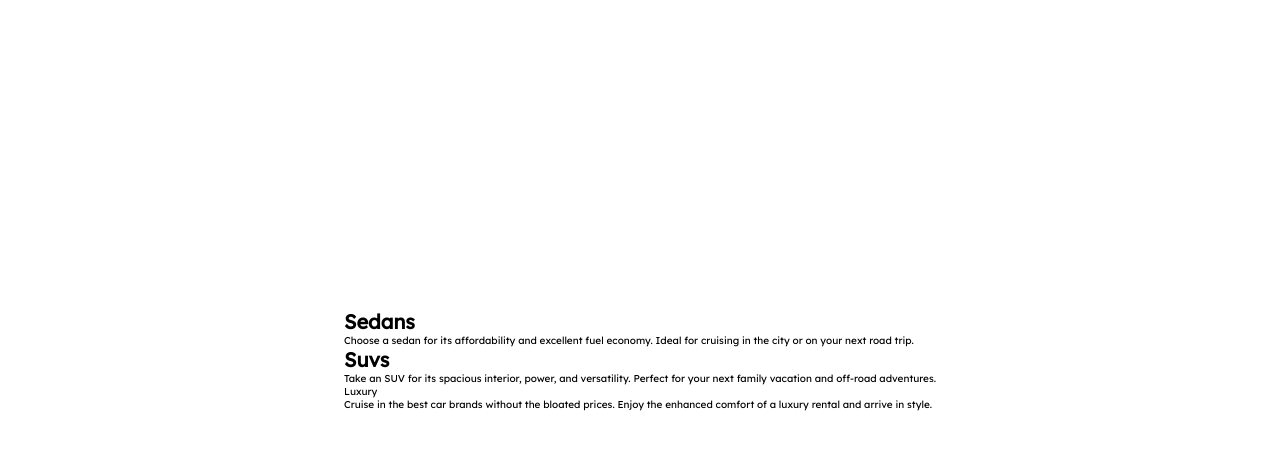
Repository: thaibaocoder1/3-column-card
Page: index.html
The author's editor kept a copy of each file at every save. The page is drawn from the files as they stood at one save, then again after the next save.
The browser window is 1280 px wide. The pictures show the whole page.

Above is the page before, as saved 2023-01-11 20:43:40.

### index.html
<!DOCTYPE html>
<html lang="en">
<head>
  <meta charset="UTF-8">
  <meta name="viewport" content="width=device-width, initial-scale=1.0">
  <link rel="icon" type="image/png" sizes="32x32" href="./images/favicon-32x32.png">
  <title>Frontend Mentor | 3-column preview card component</title>
  <link rel="preconnect" href="https://fonts.googleapis.com">
  <link rel="preconnect" href="https://fonts.gstatic.com" crossorigin>
  <link href="https://fonts.googleapis.com/css2?family=Big+Shoulders+Display:wght@700&family=Lexend+Deca&display=swap" rel="stylesheet">
  <link rel="stylesheet" href="./styles.css">
</head>
<body>

  <main class="container">
    <div class="container__box">
      <h1 class="container--heading">Sedans</h1>
      Choose a sedan for its affordability and excellent fuel economy. Ideal for cruising in the city
      or on your next road trip.
    </div>

    <div class="container__box">
      <h1 class="container--heading">Suvs</h1>
      Take an SUV for its spacious interior, power, and versatility. Perfect for your next family vacation
      and off-road adventures.
    </div>

    <div class="container__box">
      <div class="container--heading">Luxury</div>
      Cruise in the best car brands without the bloated prices. Enjoy the enhanced comfort of a luxury
      rental and arrive in style.
    </div>
  </main>


</body>
</html>

### styles.css
* {
    margin: 0;
    padding: 0;
    box-sizing: border-box;
}
html {
    font-size: 62.5%;
}
body {
    text-rendering: optimizeLegibility;
    scroll-behavior: smooth;
    font-family: 'Big Shoulders Display', cursive;
    font-family: 'Lexend Deca', sans-serif;
    display: flex;
    align-items: center;
    justify-content: center;
    min-height: calc(100vh - 1px);
}
:root {
    --bright-orange: hsl(31, 77%, 52%);
    --dark-cyan: hsl(184, 100%, 22%);
    --very-dark-cyan: hsl(179, 100%, 13%);
    --white-p:  hsla(0, 0%, 100%, 0.75);
    --light-gray: hsl(0, 0%, 95%);
}

After the next save:
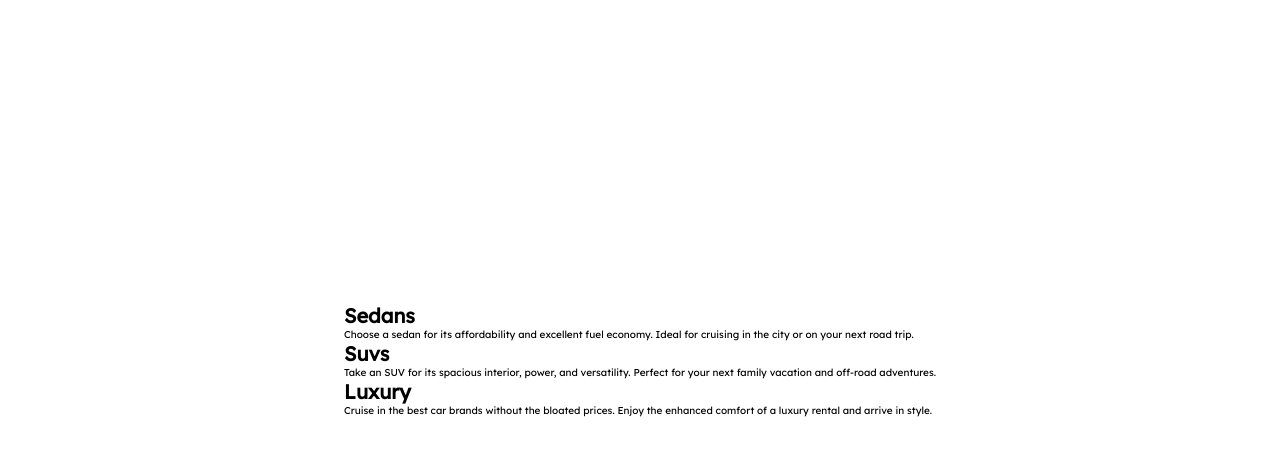
Saved 14 s later.
--- a/index.html
+++ b/index.html
@@ -26,7 +26,7 @@
     </div>
 
     <div class="container__box">
-      <div class="container--heading">Luxury</div>
+      <h1 class="container--heading">Luxury</h1>
       Cruise in the best car brands without the bloated prices. Enjoy the enhanced comfort of a luxury
       rental and arrive in style.
     </div>
